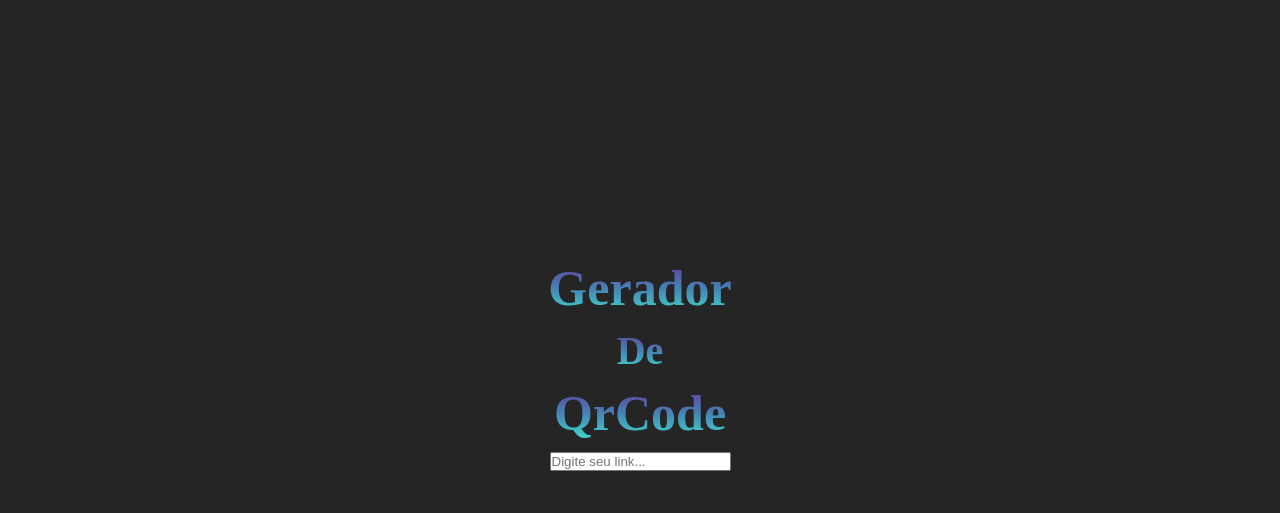
Repository: odiloalmeida/qrcode-generator
Page: /
The author's editor kept a copy of each file at every save. The page is drawn from the files as they stood at one save, then again after the next save.
The browser window is 1280 px wide. The pictures show the whole page.
The project was rebuilt for these pictures with package versions that can differ from the ones it lists, and the page was loaded fresh each time. Also part of the build but not shown: vite.config.js.

Above is the page before, as saved 2022-11-22 18:48:13.

### index.html
<!DOCTYPE html>
<html lang="pt-BR">
  <head>
    <meta charset="UTF-8" />
    <link rel="icon" type="image/svg+xml" href="/vite.svg" />
    <meta name="viewport" content="width=device-width, initial-scale=1.0" />
    <title>QrCode Generator</title>
  </head>
  <body>
    <div id="root"></div>
    <script type="module" src="/src/main.jsx"></script>
  </body>
</html>

### src/App.jsx
import { useState } from 'react'
import './App.css'

function App() {
  const [count, setCount] = useState(0)

  return (
    <div className="App">
      <div className='container-wrap'>
        <h1>Gerador</h1>
        <h2>De</h2>
        <h1>QrCode</h1>
        <input
        className='input'
        placeholder='Digite seu link...'/>
      </div>
    </div>
  )
}

export default App

### src/App.css
* {
  padding: 0;
  margin: 0;
  box-sizing: border-box;
}

.container-wrap{
  background-color: #252525;
  color: #fff;
  display: flex;
  justify-content: center;
  align-items: center;
  flex-direction: column;
  width: 100vw;
  height: 100vh;
}

.container-wrap h1{
  font-size: 50px;
  background-image: linear-gradient(to bottom, rebeccapurple, steelblue, turquoise);
  background-clip: text;
  -webkit-background-clip: text;
  -webkit-text-fill-color: transparent;
  color: black;
  margin: 10px 0;
}

.container-wrap h2{
  font-size: 40px;
  background-image: linear-gradient(to bottom, rebeccapurple, steelblue, turquoise);
  background-clip: text;
  -webkit-background-clip: text;
  -webkit-text-fill-color: transparent;
  color: black;
}

Loaded but not shown: src/main.jsx (common file)

After the next save:
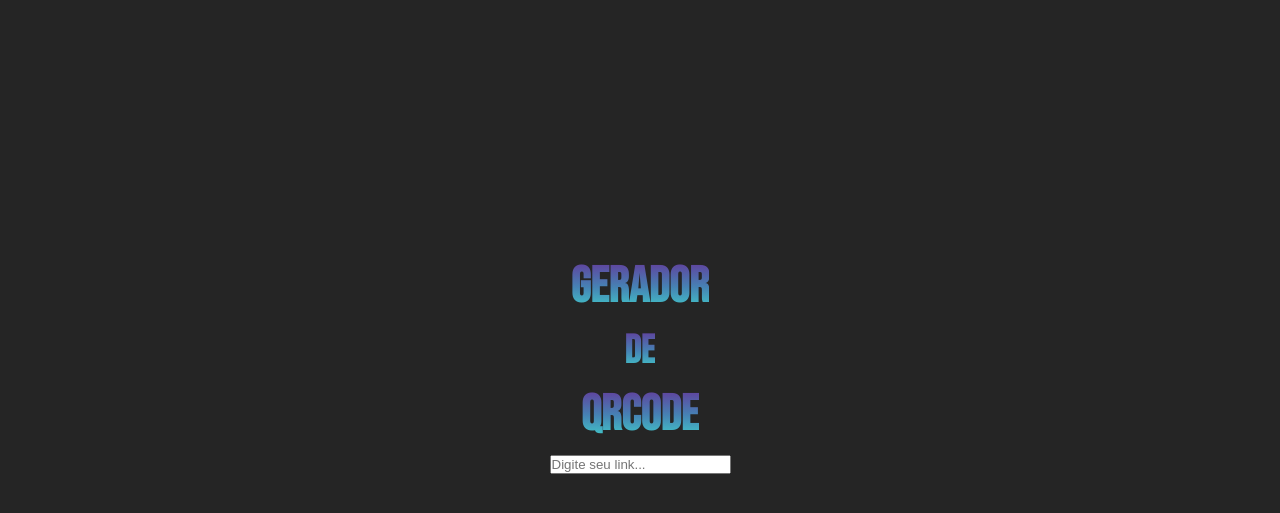
Saved 113 s later.
--- a/src/App.css
+++ b/src/App.css
@@ -1,3 +1,5 @@
+@import url('https://fonts.googleapis.com/css2?family=Bebas+Neue&display=swap');
+
 * {
   padding: 0;
   margin: 0;
@@ -23,6 +25,8 @@
   -webkit-text-fill-color: transparent;
   color: black;
   margin: 10px 0;
+  font-family: 'Bebas Neue', cursive;
+
 }
 
 .container-wrap h2{
@@ -32,4 +36,6 @@
   -webkit-background-clip: text;
   -webkit-text-fill-color: transparent;
   color: black;
+  font-family: 'Bebas Neue', cursive;
+
 }
